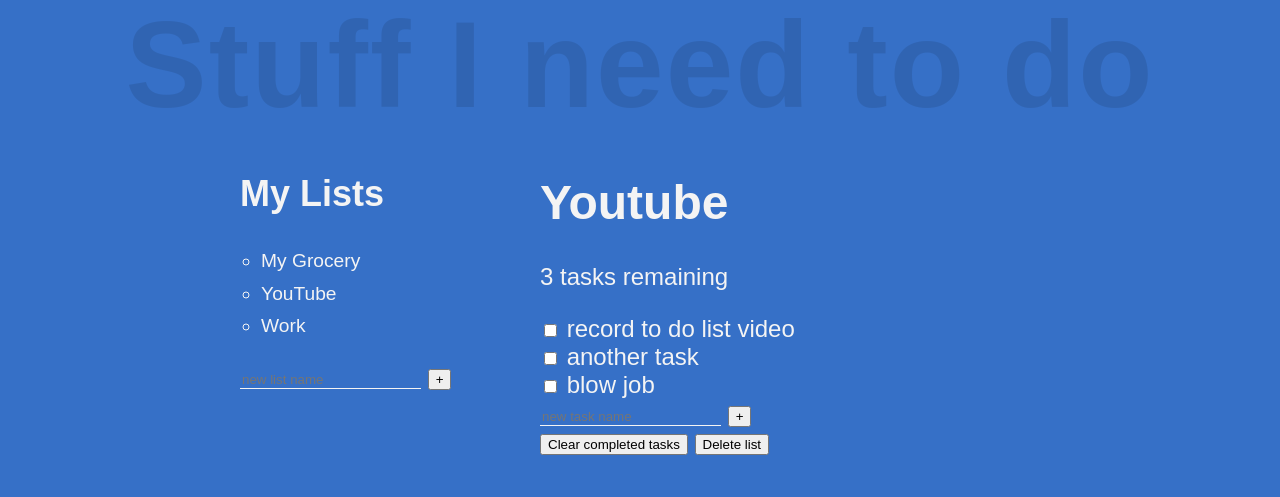
Repository: MohammadMazloum123/To-Do-List-App-
Page: index.html
The author's editor kept a copy of each file at every save. The page is drawn from the files as they stood at one save, then again after the next save.
The browser window is 1280 px wide. The pictures show the whole page.

Above is the page before, as saved 2024-02-15 12:41:16.

After the next save:
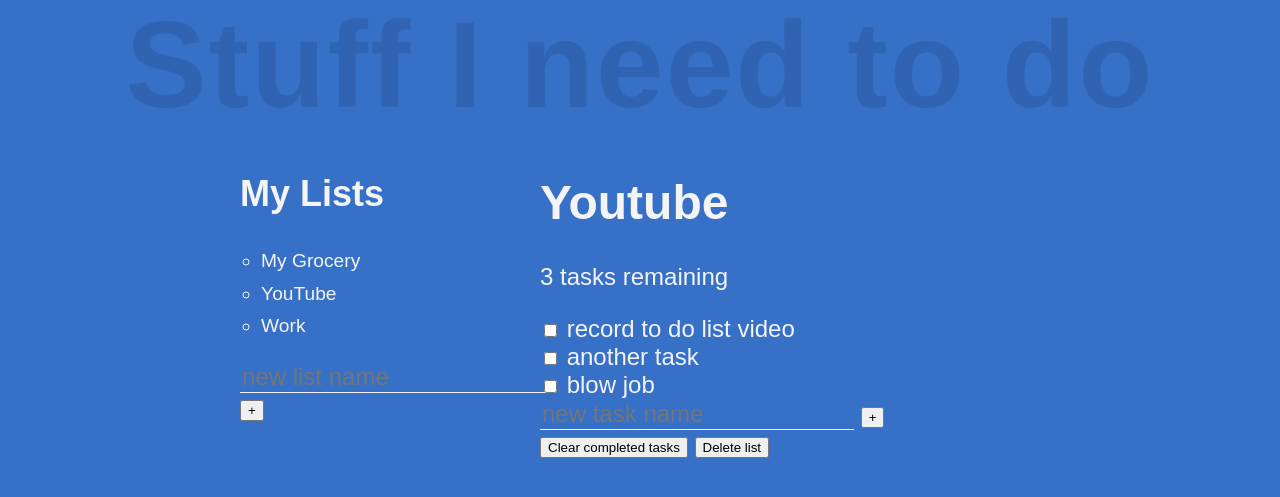
Saved 15 s later.
--- a/styles.css
+++ b/styles.css
@@ -38,6 +38,7 @@ body{
     border: 0;
     color: inherit;
     outline: none;
+    font-size: inherit;
     border-bottom: 1px solid currentColor;
     transition: border-bottom 150ms ease-in;
 }
